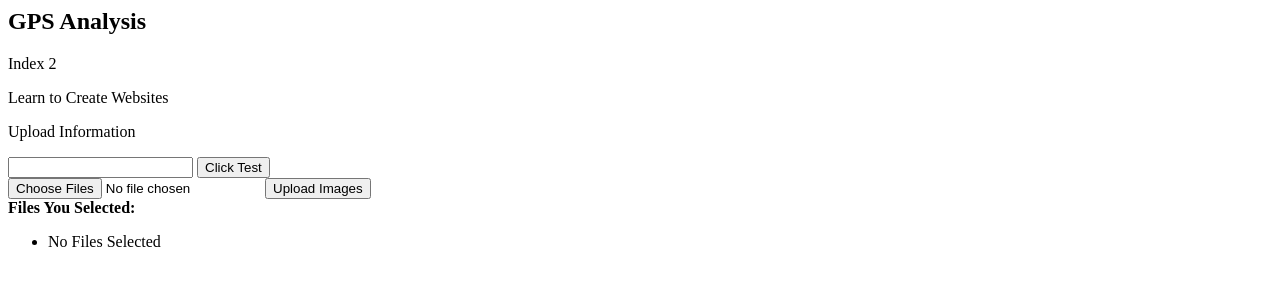
Repository: hanjangchen/Raspberry
Page: prjGAEGPSAnalysis/prjGPSAnalysis/src/static/my_ng_templates/desktop/index_data_analysis.html
An editor plug-in stored every save of this project. The page is shown before and after the next save, followed by the edit.
The browser window is 1280 px wide. The pictures show the whole page.

Above is the page before, as saved 2014-11-02 22:30:40.
Console error: ReferenceError: $ is not defined

### prjGAEGPSAnalysis/prjGPSAnalysis/src/static/my_ng_templates/desktop/index_data_analysis.html
<!-- sub-template for index page -->
<div>
	<h2>GPS Analysis</h2>
	<my-index-gps-data>
	<p>Index 2</p>
	</my-index-gps-data>
</div>

<!-- content block -->
<div class="container-fluid" ng-controller = "myIndexTwoCtrl as ctrl">
	<div class="jumbotron">
		<p>Learn to Create Websites</p>
	</div>
	<div class="row">
		<div class="col-xs-1 col-sm-1 col-md-1 col-lg-1 ">
		</div>
		<div class="col-xs-10 col-sm-10 col-md-10 col-lg-10 text-center">
			<p>Upload Information</p>
			<div class="col-xs-12 col-sm-12 col-md-12 col-lg-12 form-group text-center">
				<input type="text" ng-model="images_data_to_upload" class="col-xs-12 col-sm-12 col-md-12 col-lg-12 form-control ">
				<input type="button" value="Click Test" ng-click= "ctrl.upload_img_to_blobstore()" class="col-xs-12 col-sm-12 col-md-12 col-lg-12 btn btn-default " >
			</div>
			<div class="col-xs-12 col-sm-12 col-md-12 col-lg-12 form-group text-center">
				<input type="file" id="images_for_upload" name="images_for_upload"
					multiple="true" value="Add Images" accept="image/*"
					required="required" class="col-xs-12 col-sm-12 col-md-12 col-lg-12 btn btn-default " >

				<input type="button" id="btn_upload"
					value="Upload Images" class="col-xs-12 col-sm-12 col-md-12 col-lg-12 btn btn-default">
			</div>
			<div class="col-xs-12 col-sm-12 col-md-12 col-lg-12 ">
				<strong>Files You Selected:</strong>
				<ul id="files_list">
					<li>No Files Selected</li>
				</ul>
			</div>
			<div class="col-xs-12 col-sm-12 col-md-12 col-lg-12 ">
				<table id="photo_table">
				</table>
			</div>
		</div>
		<div class="col-xs-1 col-sm-1 col-md-1 col-lg-1">
		</div>
	</div>
</div>

<!-- js libs -->
<script type="text/javascript" src="/js/plugin_mis/numeric-1.2.6.min.js"></script>
<script type="text/javascript" src="/js/plugin_mis/particle_swarm_optimization.js"></script>
<script type="text/javascript" src="/js/index_2.js"></script>

### prjGAEGPSAnalysis/prjGPSAnalysis/src/static/javascripts/plugin_mis/particle_swarm_optimization.js
/*
 *  Particles Swarm Optimization
 *  This is a standard PSO to find out optimal solution through out the stochastic spaces
 *  PS: Current test function is (0.007 * x_1 * (-x_2 -1)) * ( cos(x_1 + 0.3) - sin(x_2))+(1 - sin(x_1)) and the optimal value is around -1.798
 * */

var particles_swarm_optimization = {

		// configuration
		config : {
			parameters_range : [[-15, -15],[15, 15]], // ranges of particles;
														// row 1 represent low
														// boundary and row 2
														// represent up boundary
			particles_size : 60, // size of particles swarm
			iteration : 50, // iteration number
			max_min_factor : -1, // 1 means to find max; -1 means to find min
			Emax : Number.MAX_VALUE, // maximum value
			Emin : -Number.MAX_VALUE, // minimum value
			Type : 0, // 0 for real number; 1 for integer

			c1 : 2.05, // cognitive parameter (original value; would be
						// replaced by linear change)
			c2 : 4.1 - 2.05, // c2 = 4.1 - c1 // social parameter (original
								// value; would be replaced by linear change)
			constriction_factor : 0.729, // constrain factor

			diff_of_ranges : [], // ranges of each parameter (from low
									// boundary to up boundary)
			up_boundaries : [], //
			low_boundaries : [], // low boundary

			particles_values : [], // values set of particles
			particles_initial_values : [], // initial values set of particles

			particles_velocity : [], // velocity set of particles
			particles_initial_velocity : [], // can be zero or certain
												// reasonable values based on
												// each particle range

			performance_index_set : [], // performance index set
			performance_initial_index_set : [], // initial performance index set

			learning_rate : 0, // learning rate
			learning_rate_self_param_min : 0.4, // minimum learning rate of
												// particle itself
			learning_rate_self_param_max : 0.9, // maximum learning rate of
												// particle itself
			learning_rate_cognitive_min : 1.9, // minimum learning rate of
												// cognitive parameter
			learning_rate_cognitive_max : 2.1, // maximum learning rate of
												// cognitive parameter
			learning_rate_cognitive : 0,
			learning_rate_social : 0,
			learning_rate_self : 0,

			min_cost : 0, // minimum cost
			min_cost_set : [],
			mean_cost : 0, // mean value
			mean_cost_set : [],
			RMS_cost : 0, // root-mean-square cost
			RMS_cost_set : [],

			local_optimal : 0, // local optimal
			index_local_optimal : 0, // index of global optimal in particles
										// set
			global_optimal : 0, // global optimal
			index_global_optimal : 0, // index of global optimal
			local_optimal_value_set : [],
			local_optimal_particles_set : [],
			global_optimal_value_set : [],
			global_optimal_particles_set : [],

		},

		// initialization function
		init_pso : function(){
			/* new */
			this.config.low_boundaries = this.config.parameters_range[0];
			this.config.up_boundaries = this.config.parameters_range[1];
			this.config.diff_of_ranges = numeric.sub(this.config.up_boundaries, this.config.low_boundaries);

			// init particles' values
			this.config.particles_values = numeric.random([this.config.particles_size, this.config.parameters_range[0].length]);
			this.config.particles_values = numeric.dotMMbig(this.config.particles_values, [[this.config.diff_of_ranges[0], 0], [0, this.config.diff_of_ranges[1]]]);
			var temp_low_boundaries_matrix = numeric.rep([this.config.particles_size], this.config.low_boundaries);
			this.config.particles_values = numeric.add(this.config.particles_values, temp_low_boundaries_matrix);

			// init particles velocity
			this.config.particles_velocity = numeric.rep([this.config.particles_size], [0, 0]);

			// evaluate init particles set
			for(var ith = 0; ith < this.config.particles_size; ith++){
				temp_particle_values = this.config.particles_values[ith];

				var performance_index = (0.007 * temp_particle_values[0] * (-temp_particle_values[1]-1)) * (Math.cos(temp_particle_values[0]+0.3) - Math.sin(temp_particle_values[1]))+(1-Math.sin(temp_particle_values[0]));
				if (performance_index > this.config.Emax){
					performance_index = this.config.Emax;
				}
				if (performance_index < this.config.Emin){
					performance_index = this.config.Emin;
				}
				this.config.performance_initial_index_set.push(performance_index);
			}

			// update optimal
			var temp_cost = numeric.mul(- this.config.max_min_factor, this.config.performance_initial_index_set);
			this.config.min_cost = Math.min.apply(Math, temp_cost);
			this.config.min_cost_set = numeric.rep([this.config.particles_size], this.config.min_cost);
			this.config.global_optimal = this.config.min_cost;
			var temp_min_index = temp_cost.indexOf(this.config.min_cost);
			var temp_optimal_particle = this.config.particles_values[temp_min_index];

			this.config.local_optimal_particles_set = numeric.rep([this.config.particles_size], temp_optimal_particle);
			this.config.global_optimal_particles_set = this.config.local_optimal_particles_set;
			this.config.local_optimal_value_set = numeric.rep([this.config.particles_size], this.config.min_cost);

			this.config.mean_cost = numeric.sum(temp_cost) / this.config.particles_size;

		},

		// go through iteration
		go_iteration : function(){
			for(var ith = 0; ith < this.config.iteration; ith++ ){
				this.config.learning_rate_self = this.config.learning_rate_self_param_max - (this.config.learning_rate_self_param_max - this.config.learning_rate_self_param_min) * (ith + 1) / this.config.iteration;

				this.config.learning_rate_cognitive = this.config.learning_rate_cognitive_max - (this.config.learning_rate_cognitive_max - this.config.learning_rate_cognitive_min) * (ith + 1) / this.config.iteration; //
				this.config.learning_rate_social = 4.1 - this.config.learning_rate_cognitive;

				var random_factor_cognitive = numeric.random([this.config.particles_size, this.config.parameters_range[0].length]);
				var random_factor_social = numeric.random([this.config.particles_size, this.config.parameters_range[0].length]);

				var temp_updated_velocity = [];
				var updated_self_learning_rate = numeric.mul(this.config.learning_rate_self, this.config.particles_velocity);

				var updated_cognitive_learning_rate = numeric.sub(this.config.local_optimal_particles_set, this.config.particles_values );
				updated_cognitive_learning_rate = numeric.mul(this.config.learning_rate_cognitive, random_factor_cognitive, updated_cognitive_learning_rate);

				var updated_social_learning_rate = numeric.sub(this.config.global_optimal_particles_set, this.config.particles_values);
				updated_social_learning_rate = numeric.mul(this.config.learning_rate_social, random_factor_social, updated_social_learning_rate);

				temp_updated_velocity = numeric.add(updated_self_learning_rate, updated_cognitive_learning_rate, updated_social_learning_rate);

				// update velocity
				this.config.particles_velocity = numeric.mul(this.config.constriction_factor, temp_updated_velocity);


				// update particles' values
				this.config.particles_values = numeric.add(this.config.particles_values, this.config.particles_velocity);


				// find out values outside boundaries
				var low_boundaries_set = numeric.rep([this.config.particles_size], this.config.low_boundaries);
				var up_boundaries_set = numeric.rep([this.config.particles_size], this.config.up_boundaries);

				var outside_min_boundary = numeric.leq(this.config.particles_values, low_boundaries_set);
				var not_outside_min_boundary = numeric.not(outside_min_boundary);
				var min_replaced_values = numeric.mul(outside_min_boundary, low_boundaries_set);
				var min_original_values = numeric.mul(not_outside_min_boundary, this.config.particles_values);

				this.config.particles_values = numeric.add(min_replaced_values, min_original_values);

				var outside_max_boundary = numeric.geq(this.config.particles_values, up_boundaries_set);
				var not_outside_max_boundary = numeric.not(outside_max_boundary);
				var max_replaced_values = numeric.mul(outside_max_boundary, up_boundaries_set);
				var max_original_values = numeric.mul(not_outside_max_boundary, this.config.particles_values);

				this.config.particles_values = numeric.add(max_replaced_values, max_original_values);

				// evaluate performance
				var temp_particle_values = 0;
				this.config.performance_index_set = [];
				for(var jth = 0; jth < this.config.particles_size; jth++){
					temp_particle_values = this.config.particles_values[jth];

					var performance_index = (0.007 * temp_particle_values[0] * (-temp_particle_values[1] - 1)) * (Math.cos(temp_particle_values[0] + 0.3) - Math.sin(temp_particle_values[1])) + (1 - Math.sin(temp_particle_values[0]));
					if (performance_index > this.config.Emax){
						performance_index = this.config.Emax;
					}
					if (performance_index < this.config.Emin){
						performance_index = this.config.Emin;
					}
					this.config.performance_index_set.push(performance_index);
				}

				//
				var temp_cost_set = numeric.mul(- this.config.max_min_factor, this.config.performance_index_set);


				var temp_better_cost_set = numeric.lt(temp_cost_set, this.config.local_optimal_value_set);
				var not_temp_better_cost_set = numeric.not(temp_better_cost_set);
				var replaced_cost_set = numeric.mul(temp_better_cost_set, temp_cost_set);
				var original_cost_set = numeric.mul(not_temp_better_cost_set, this.config.local_optimal_value_set);
				this.config.local_optimal_value_set = numeric.add(replaced_cost_set, original_cost_set);

				var better_cost_set = numeric.transpose([temp_better_cost_set, temp_better_cost_set]);
				better_cost_set = numeric.mul(better_cost_set, this.config.particles_values);
				var not_better_cost_set = numeric.transpose([not_temp_better_cost_set, not_temp_better_cost_set]);
				not_better_cost_set = numeric.mul(not_better_cost_set, this.config.local_optimal_particles_set);
				this.config.local_optimal_particles_set = numeric.add(better_cost_set, not_better_cost_set);


				var temp_optimal = Math.min.apply(Math, this.config.local_optimal_value_set);
				var temp_optimal_index = this.config.local_optimal_value_set.indexOf(temp_optimal);
				var pre_global_optimal = this.config.global_optimal;
				if (temp_optimal < this.config.global_optimal){
					this.config.global_optimal = temp_optimal;
					this.config.global_optimal_particles_set = numeric.rep([this.config.particles_size], this.config.particles_values[temp_optimal_index]);

					if (Math.abs(temp_optimal - pre_global_optimal) < numeric.epsilon){
						break;
					}
				}
			}
		},

		// start optimization
		start_optimization : function(){
			this.init_pso();
			this.go_iteration();
			console.log(JSON.stringify(this.config.global_optimal,2,2));
		}
}

// test
particles_swarm_optimization.start_optimization();

### prjGAEGPSAnalysis/prjGPSAnalysis/src/static/javascripts/index_2.js
(function(){
	/* JQuery */
	$('#images_for_upload')
			.change(
					function() {

						var input = document.getElementById("images_for_upload");
						var ul = document.getElementById("files_list");
						var toolarge = "";
						var maxsize = 1024000;
						while (ul.hasChildNodes()) {
							ul.removeChild(ul.firstChild);
						}
						for ( var i = 0; i < input.files.length; i++) {

							if (input.files[i].size > maxsize) {
								toolarge += input.files[i].name + "\n";
							} else {
								var li = document.createElement("li");
								li.innerHTML = input.files[i].name;
								ul.appendChild(li);
							}

						}
						if (!ul.hasChildNodes()) {
							var li = document.createElement("li");
							li.innerHTML = 'No Files Selected';
							ul.appendChild(li);
						}

						//
						if (toolarge != "") {
							alert("These images were not uploaded due to size limit of 1MB\n"
									+ toolarge);
						}
					});

	$('#btn_upload').click(function() {
		var input = document.getElementById("images_for_upload");
		var maxsize = 1024000;

		if (input.files.length <= 0) {
			alert('No data for upload');
		} else {
			for ( var i = 0; i < input.files.length; i++) {

				if (input.files[i].size < maxsize) {
					var data = new FormData();
					data.append("image_for_upload", input.files[i]);
					//
					send_imgs(data);
				}
			}
		}
	});

	function send_imgs(filedata) {
		$.ajax({
			url : upload_url,
			data : filedata,
			cache : false,
			contentType : false,
			processData : false,
			type : 'POST',
			success : function(receiveddata) {
				var data = JSON.parse(receiveddata);
				imagelinks = data['img_urls'];
				console.log(imagelinks);
				for ( var i = 0; i < imagelinks.length; i++) {
					$('#photo_table').append(
							'<tr><td><img src='+imagelinks[i]+'></td></tr>');
				}
			}
		});

	}
})();

Loaded but not shown: prjGAEGPSAnalysis/prjGPSAnalysis/src/static/javascripts/plugin_mis/numeric-1.2.6.min.js (library)

After the next save:
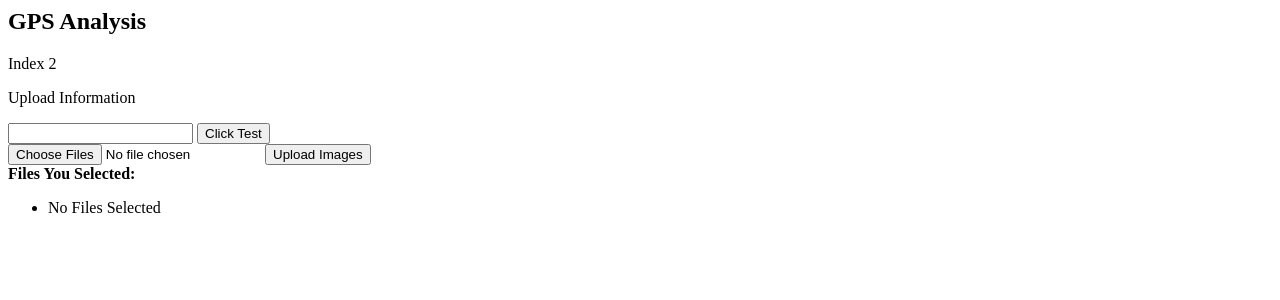
Saved 57 s later.
--- a/prjGAEGPSAnalysis/prjGPSAnalysis/src/static/my_ng_templates/desktop/index_data_analysis.html
+++ b/prjGAEGPSAnalysis/prjGPSAnalysis/src/static/my_ng_templates/desktop/index_data_analysis.html
@@ -8,9 +8,6 @@
 
 <!-- content block -->
 <div class="container-fluid" ng-controller = "myIndexTwoCtrl as ctrl">
-	<div class="jumbotron">
-		<p>Learn to Create Websites</p>
-	</div>
 	<div class="row">
 		<div class="col-xs-1 col-sm-1 col-md-1 col-lg-1 ">
 		</div>
